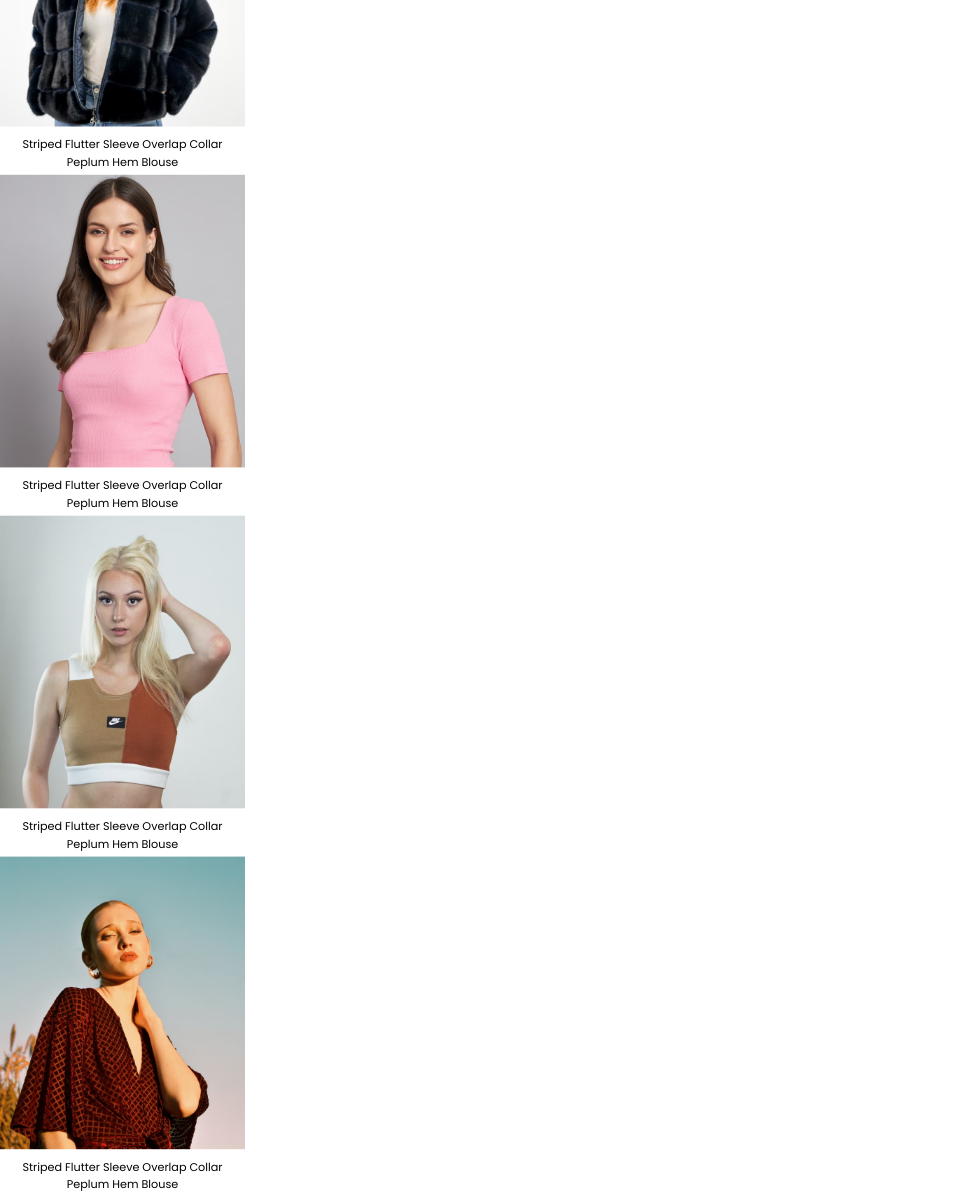
Repository: saritha55/EcommerceReactJs
Page: /
The author's editor kept a copy of each file at every save. The page is drawn from the files as they stood at one save, then again after the next save.
The browser window is 1280 px wide. The page is 1371 px wide, so the pictures cover 1371 px, including what lies to the right of the window. The pictures show the part of the page from y = 1104 to 2864 px (the page is 2815 px tall before and 2923 px after), at 70% of full size.
The project was rebuilt for these pictures with package versions that can differ from the ones it lists, and the page was loaded fresh each time. Also part of the build but not shown: src/Components/Popular/Popular.css, src/Pages/ShopCategory.jsx, src/Pages/Product.jsx, src/Pages/Cart.jsx, src/Pages/LoginSignup.jsx.

Above is the page before, as saved 2024-12-02 15:29:06.

After the next save:
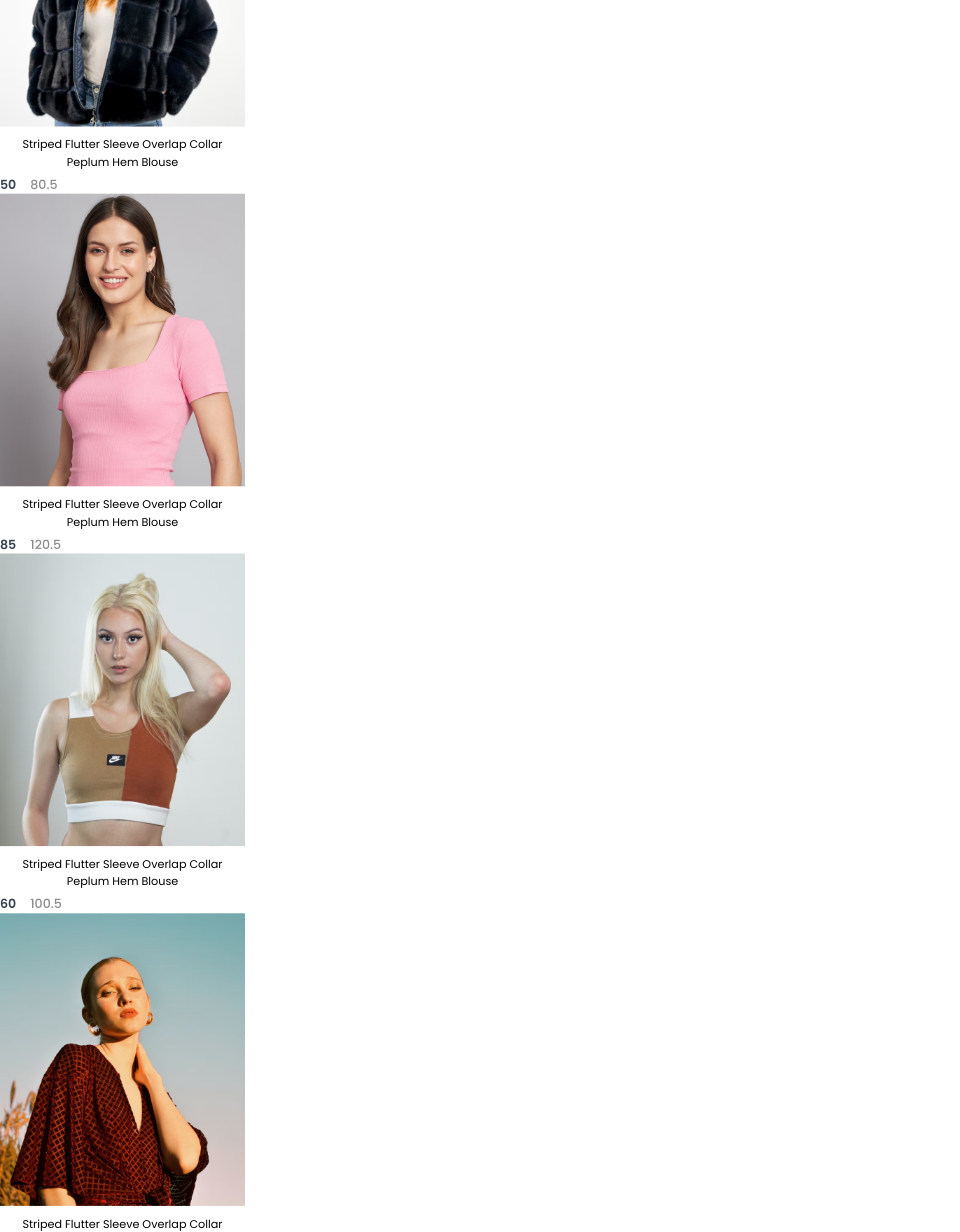
Saved 3 min 21 s later.
--- a/src/Components/Item/Item.jsx
+++ b/src/Components/Item/Item.jsx
@@ -7,6 +7,14 @@
         <img src={props.image} alt="" />
         <p>{props.name}</p>
         <div className="item-prices">
+            <div className="item-price-new">
+
+            {props.new_price}
+            </div>
+            <div className="item-price-old">
+                {props.old_price}
+
+            </div>
 
         </div>
 
